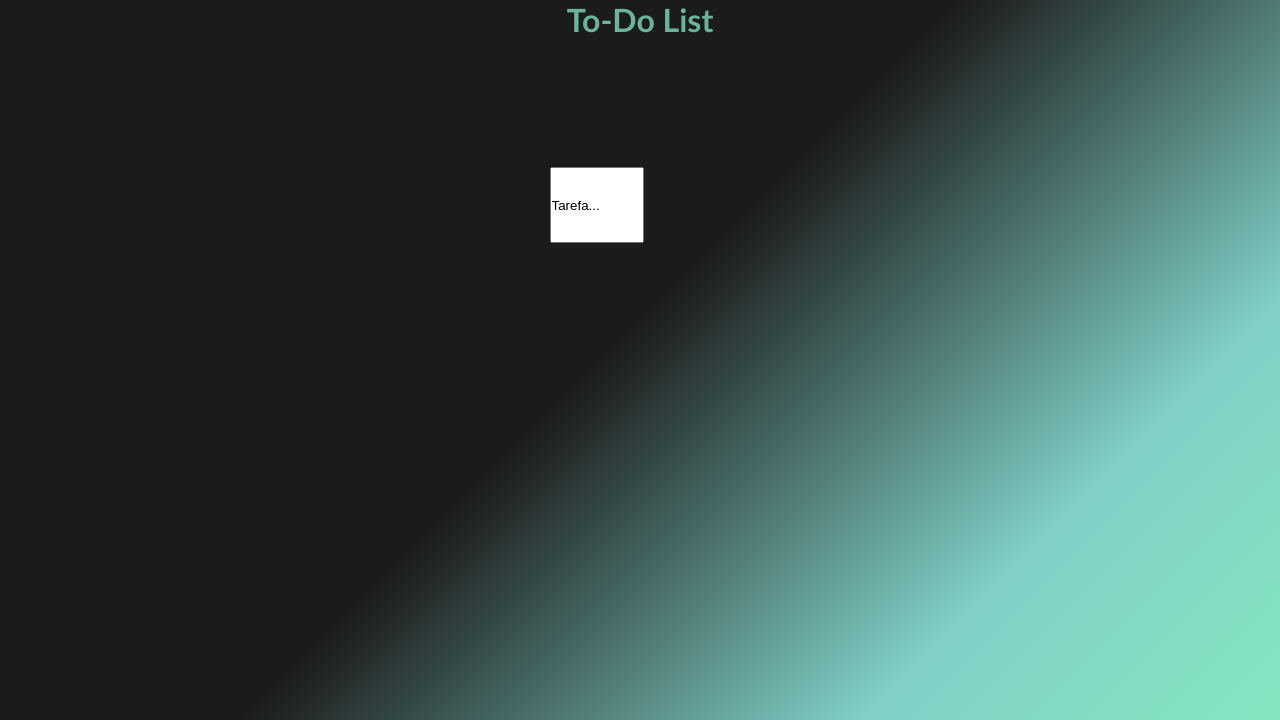
Repository: PetersonAntonyDev/python-flask-
Page: index.html
These files come from the project's save history. The page is drawn as it stood at one moment and after the next save; the edit follows.
The browser window is 1280 px wide. The pictures show the whole page.

Above is the page before, as saved 2022-07-26 10:13:33.

### index.html
<!DOCTYPE html>
<html lang="en">
<head>
    <meta charset="UTF-8">
    <meta http-equiv="X-UA-Compatible" content="IE=edge">
    <meta name="viewport" content="width=device-width, initial-scale=1.0">
    <link rel="stylesheet" href="/style.css">
    <title>To-Do LIst</title>
</head>
<body>
    <header>
        <h1>To-Do List</h1>
    </header>
    <main>
        <form action="" method="get">
            <input class="task" type="text" name="task" id="task" value="Tarefa...">
        </form>
    </main>
</body>
</html>

### style.css
* {
    margin: 0;
    padding: 0;
}

body{
    display: flex;
    align-items: center;
    flex-direction: column;
    width: 100%;
    min-height: 100vh;
    max-height: 100%;
    background-color: #1b1b1b;
    background-image: linear-gradient(135deg, #1b1b1b 48%, #80D0C7 79%, #85e6c0 100%);
}

header {
    margin-bottom: 10%;
    font-family: 'Gill Sans', 'Gill Sans MT', Calibri, 'Trebuchet MS', sans-serif;
    font-size: 1rem;
    color: #6bb39b;
}

.task {
    height: 10vh;
    width: 50%;
}

After the next save:
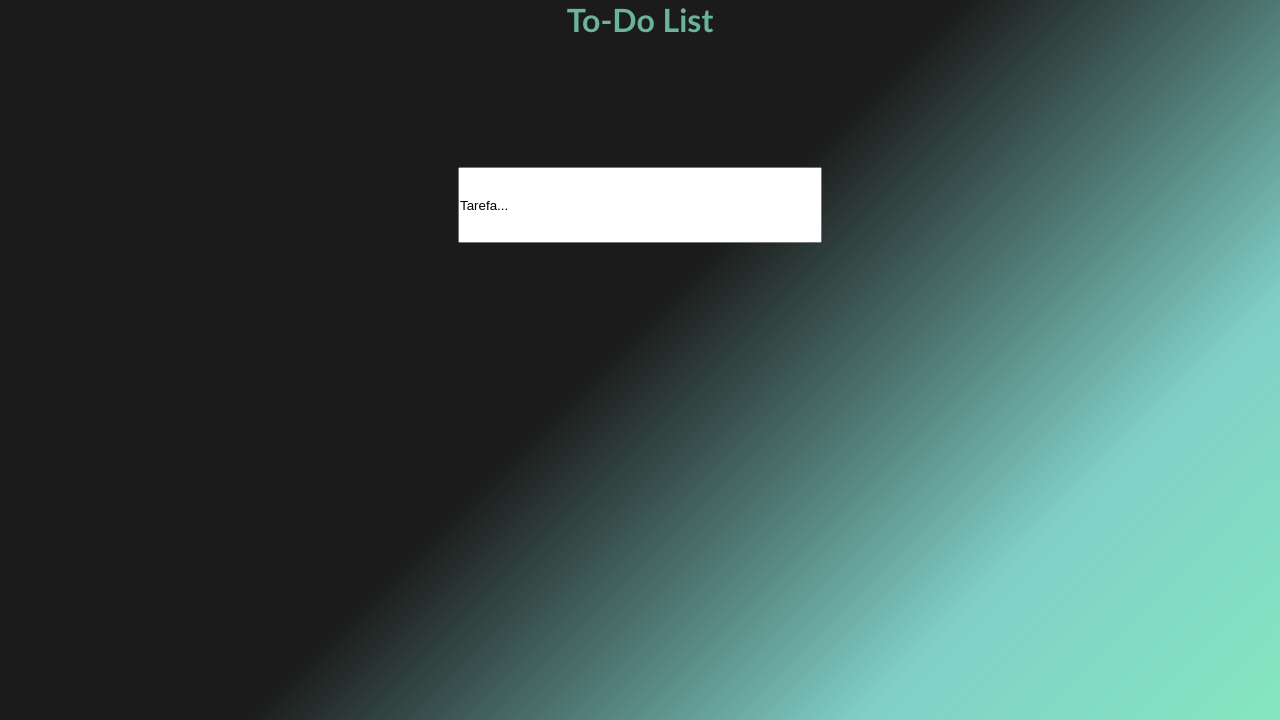
Saved 13 s later.
--- a/style.css
+++ b/style.css
@@ -23,5 +23,5 @@ header {
 
 .task {
     height: 10vh;
-    width: 50%;
+    width: 50vh;
 }
